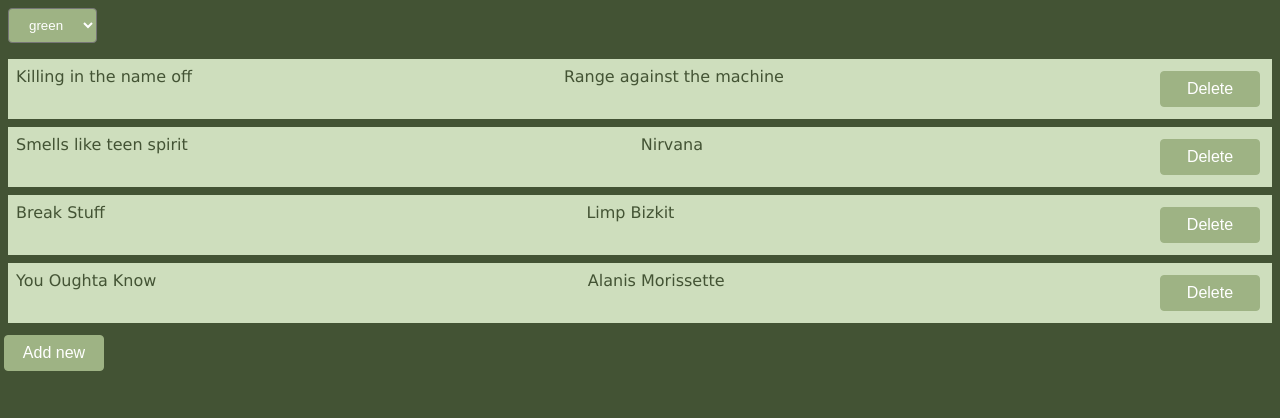
Repository: majakesin/moodify-app
Page: /angry
The author's editor kept a copy of each file at every save. The page is drawn from the files as they stood at one save, then again after the next save.
The browser window is 1280 px wide. The pictures show the whole page.
The project was rebuilt for these pictures with package versions that can differ from the ones it lists, and the page was loaded fresh each time. Also part of the build but not shown: src/data/moods.js, src/components/Mood/index.jsx, src/pages/ChooseMood/index.module.css, src/pages/ChooseMood/index.jsx.

Above is the page before, as saved 2023-08-23 11:48:32.

After the next save:
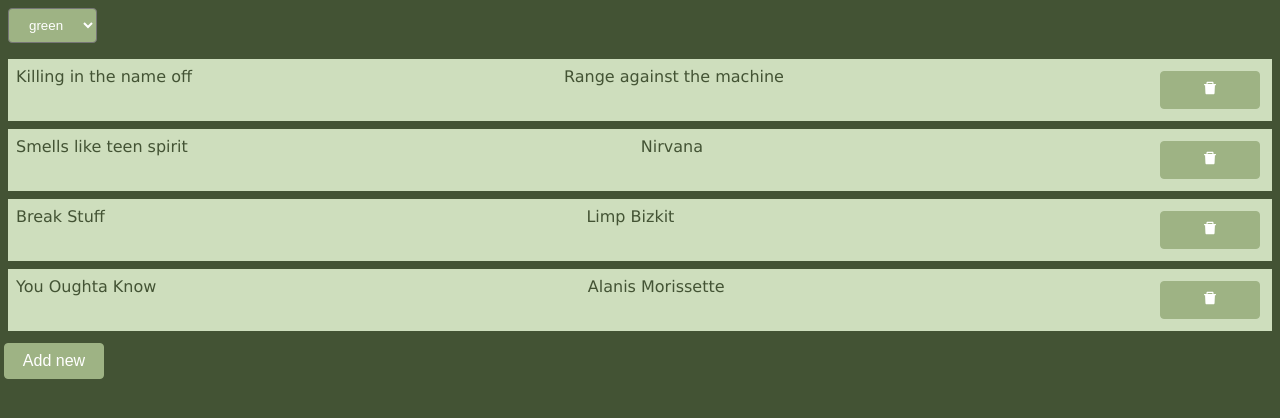
Saved 6 s later.
--- a/src/components/Song/index.jsx
+++ b/src/components/Song/index.jsx
@@ -15,7 +15,7 @@ const Song = (props) => {
         <div className={styles.wrap}>
             <span>{name}</span>
             <span>{author}</span>
-            <button onClick={handleDelete}>Delete</button>
+            <button onClick={handleDelete}><AiFillDelete/></button>
         </div>
         </div>
     )
